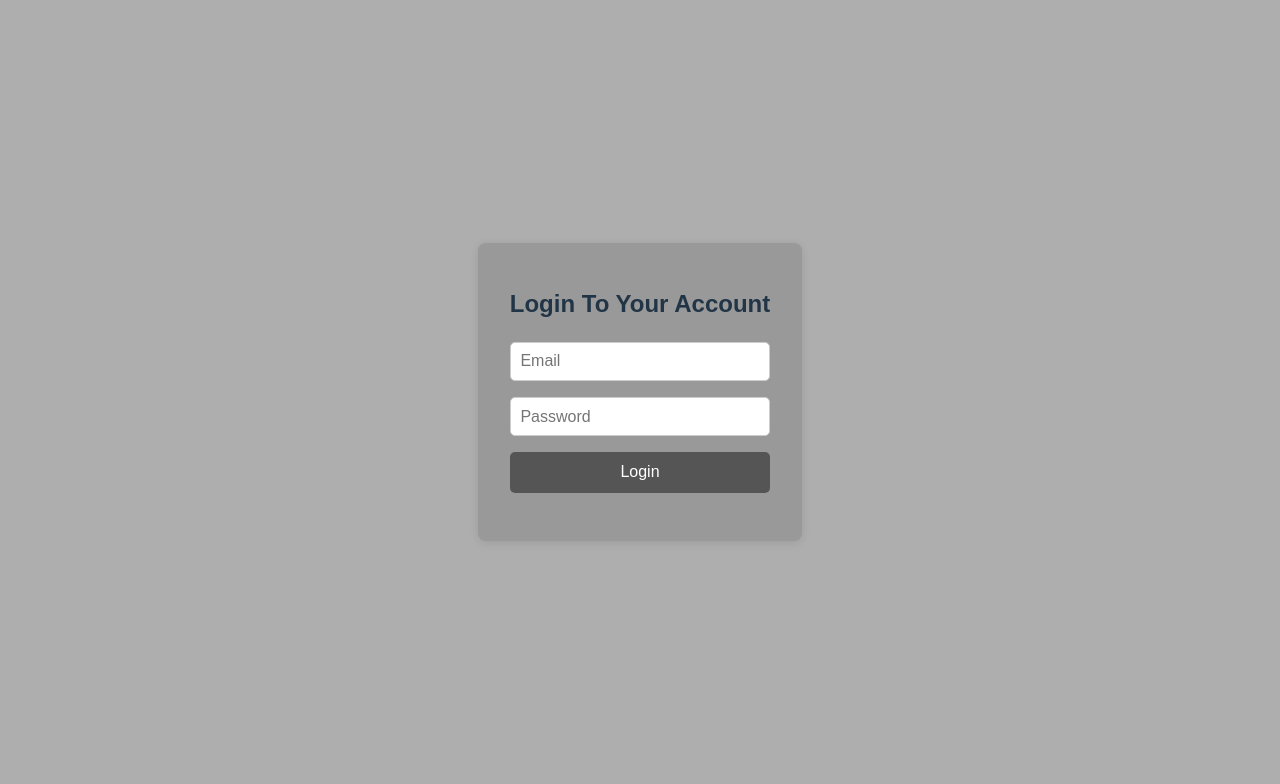
Repository: revathithiruvasagan/cuic26
Page: / (app in testapp/)
These files come from the project's save history. The page is drawn as it stood at one moment and after the next save; the edit follows.
The browser window is 1280 px wide. The pictures show the whole page.
The project was rebuilt for these pictures with package versions that can differ from the ones it lists, and the page was loaded fresh each time. Also part of the build but not shown: testapp/vite.config.js.

Above is the page before, as saved 2025-05-30 20:55:42.

After the next save:
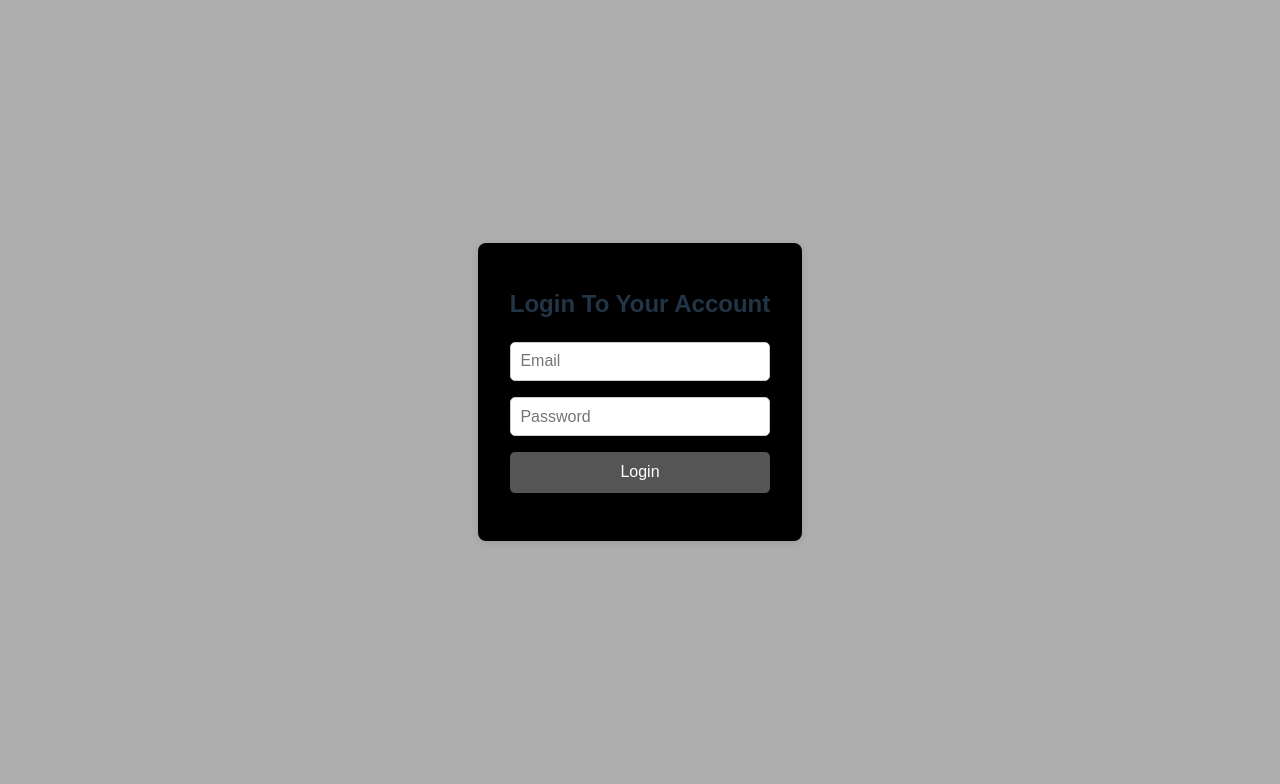
Saved 5 s later.
--- a/testapp/src/styles/Login.css
+++ b/testapp/src/styles/Login.css
@@ -13,7 +13,7 @@ body {
 }
 
 .login-container {
-  background-color: rgb(154, 153, 153);
+  background-color: rgb(0, 0, 0);
   padding: 2rem;
   border-radius: 8px;
   width: 100%;
